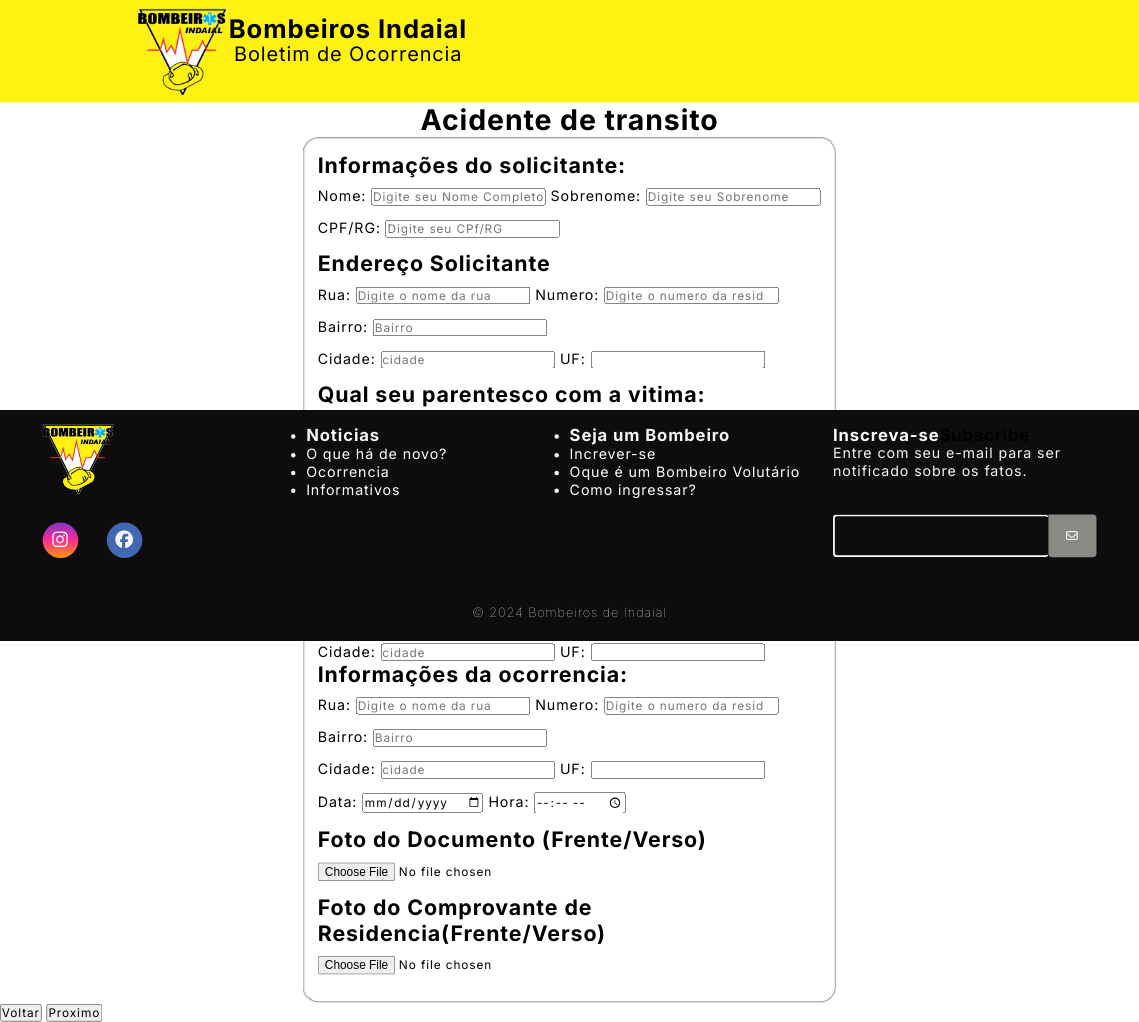
Repository: ThaylonKnopf/ProjetoBV
Page: AcidenteTransito/transitoparente/Form.html
The author's editor kept a copy of each file at every save. The page is drawn from the files as they stood at one save, then again after a run of saves.
The browser window is 1280 px wide. The pictures show the whole page, at 89% of full size.

Above is the page before, as saved 2024-04-08 11:40:55.

### AcidenteTransito/transitoparente/Form.html
<!DOCTYPE html>
<html lang="pt-BR">

    <head>
        <meta charset="UTF-8">
        <meta name="viewport" content="width=device-width, initial-scale=1.0">
        <title>Requisição de B.O.</title>
        <link rel="stylesheet" href="estilo-fato.css">
        <link rel="shortcut icon"
            href="https://storage.googleapis.com/production-hostgator-brasil-v1-0-9/629/1202629/afAiZAhX/4db7fe933b1247ebbdbe06664fbece59">
        <link rel="stylesheet" href="https://cdnjs.cloudflare.com/ajax/libs/font-awesome/6.5.2/css/all.min.css"
            integrity="sha512-SnH5WK+bZxgPHs44uWIX+LLJAJ9/2PkPKZ5QiAj6Ta86w+fsb2TkcmfRyVX3pBnMFcV7oQPJkl9QevSCWr3W6A=="
            crossorigin="anonymous" referrerpolicy="no-referrer" />

    </head>

    <body>
        <header>
            <link rel="stylesheet" href="/header/footer/header.css">
            <main>
                <source media="(min-width:320px)" srcset="" sizes="300px">
                <div class="titulo">
                    <h1>Bombeiros&nbsp;Indaial</h1>
                </div>
                <div class="img">
                    <a href="https://bombeirosindaial.com.br/" target="_blank"><img src="../img/m.png"
                            alt="logo-bombeiro"></a>
                </div>
                <div class="p">
                    <p>Boletim&nbsp;de&nbsp;Ocorrencia</p>
                </div>
                </nav>
            </main>
        </header>
        <main class="menuh1">
            <h1>Acidente de transito</h1>
        </main>
        <form>
            <fieldset>
                <h2>Informações do solicitante:</h2>
                <div class="campo" required>
                    <label for="nome">Nome:</label>
                    <input type="text" name="nome" id="nome" placeholder="Digite seu Nome Completo" required>
                    <label for="sobrenome">Sobrenome:</label>
                    <input type="text" name="sobrenome" id="sobrenome" placeholder="Digite seu Sobrenome" required>
                </div>
                <div id="cpf">
                    <label for="cfp">CPF/RG:</label>
                    <input type="text" name="cfp" id="cpf" placeholder="Digite seu CPf/RG" required>
                </div>
                <h2>Endereço Solicitante</h2>
                <div id="rua">
                    <label for="rua">Rua:</label>
                    <input type="text" name="rua" id="rua" placeholder="Digite o nome da rua" required>
                    <label for="rua">Numero:</label>
                    <input type="number" name="numero" id="numero" placeholder="Digite o numero da residencia."
                        required>
                </div>
                <div id="bairro">
                    <label for="bairro">Bairro:</label>
                    <input type="text" name="bairro" id="bairro" placeholder="Bairro" required>
                </div>
                <div>
                    <label for="cidade">Cidade:</label>
                    <input type="text" name="cidade" id="cidade" placeholder="cidade" required>
                    <label for="estado">UF:</label>
                    <input type="text" name="estado" id="estado" required>
                </div>
                <h2>Qual seu parentesco com a vitima:</h2>
                <select name="parentesco" id="parente">
                    <option selected disabled value="">Selecione</option>
                    <option>Pai/Mae</option>
                    <option>Irmão/Irmã</option>
                    <option>Conjuge</option>
                    <option>Filho/Filha</option>
                    <option>Avô/Avó</option>
                    <option>Responsável Legal</option>
                </select>
                <h2>Informações da vitima:</h2>
                <div class="campov">
                    <label for="nomev">Nome:</label>
                    <input type="text" name="nome" id="nomev" placeholder="Digite seu Nome" required>
                    <label for="sobrenome">Sobrenome:</label>
                    <input type="text" name="sobrenome" id="sobrenomev" placeholder="Digite seu Sobrenome" required>
                </div>
                <div id="cpfv">
                    <label for="cfp">CPF/RG:</label>
                    <input type="text" name="cfp" id="cpfv" placeholder="Digite seu CPf/RG" required>
                </div>
                <h2>Endereço Vitima</h2>
                <div id="ruav">
                    <label for="rua">Rua:</label>
                    <input type="text" name="rua" id="ruavi" placeholder="Digite o nome da rua" required>
                    <label for="numero">Numero:</label>
                    <input type="number" name="numero" id="numerov" placeholder="Digite o numero da residencia."
                        required>
                </div>
                <div id="bairrov">
                    <label for="bairro">Bairro:</label>
                    <input type="text" name="bairro" id="bairrov" placeholder="Bairro" required>
                </div>
                <div>
                    <label for="cidade">Cidade:</label>
                    <input type="text" name="cidade" id="cidadev" placeholder="cidade" required>
                    <label for="estado">UF:</label>
                    <input type="text" name="estado" id="estadov" required>
                <h2>Informações da ocorrencia:</h2>
                <div id="ruao">
                    <label for="rua">Rua:</label>
                    <input type="text" name="rua" id="ruaoc" placeholder="Digite o nome da rua" required>
                    <label for="numero">Numero:</label>
                    <input type="number" name="numero" id="numeroc" placeholder="Digite o numero da residencia."
                        required>
                </div>
                <div id="bairroc">
                    <label for="bairro">Bairro:</label>
                    <input type="text" name="bairro" id="bairroc" placeholder="Bairro" required>
                </div>
                <div>
                    <label for="cidade">Cidade:</label>
                    <input type="text" name="cidade" id="cidadec" placeholder="cidade" required>
                    <label for="estado">UF:</label>
                    <input type="text" name="estado" id="estadoc" required>
                </div>
                <div id="data">
                    <label for="data">Data:</label>
                    <input type="date" name="dataoc" id="dataoc">
                    <label for="hora">Hora:</label>
                    <input type="time" name="horaoc" id="horaoc">
                </div>
                <div class="doc">
                    <h2>Foto do Documento (Frente/Verso)</h2>
                    <input type="file" name="doc" id="doc">
                </div>
                <div class="res">
                    <h2>Foto do Comprovante de Residencia(Frente/Verso)</h2>
                    <input type="file" name="doc">
                </div>
            </fieldset>
    </form>
        <main class="main-botao">
            <div class="continuar" required>
                <a href="../transitoselecionar/transito1.html"><button class="voltar">Voltar</button></a>
                <a href="/AcidenteTransito/transitoparente/Concluido.html"><button class="prox" required>Proximo</button></a>
            </div>
        </main>
        <footer id="footer">
            <link rel="stylesheet" href="/header/footer/footer.css">
            <div id="footer_content">
                <div id="footer_contacts">
                    <a href="https://bombeirosindaial.com.br/" target="_blank">
                        <h1>
                            <img src="../img/m.png" width="80px" alt="">
                        </h1>
                    </a>
                    <div id="footer_social_media">
                        <a href="#" class="footer-link" id="instagram">
                            <i class="fa-brands fa-instagram"></i>
                        </a>
                        <a href="#" class="footer-link" id="facebook">
                            <i class="fa-brands fa-facebook"></i>
                        </a>
                    </div>
                </div>
                <ul class="footer-list">
                    <li>
                        <h3>Noticias</h3>
                    </li>
                    <li>
                        <a href="#" class="footer-link">O que há de novo?</a>
                    </li>
                    <li>
                        <a href="#" class="footer-link">Ocorrencia</a>
                    </li>
                    <li>
                        <a href="#" class="footer-link">Informativos</a>
                    </li>
                </ul>
                <ul class="footer-lists">
                    <li>
                        <h3 id="pro">Seja um Bombeiro</h3>
                    </li>
                    <li>
                        <a href="#" class="footer-links">Increver-se</a>
                    </li>
                    <li>
                        <a href="#" class="footer-links">Oque é um Bombeiro Volutário</a>
                    </li>
                    <li>
                        <a href="#" class="footer-links">Como ingressar?</a>
                    </li>
                </ul>
                <div id="footer_subscribe">
                    <h3>Subscribe</h3>
                    <p>
                        Entre com seu e-mail para ser notificado sobre os fatos.
                    </p>
                    <div id="input_group">
                        <input type="email" id="email">
                        <button>
                            <i class="fa-regular fa-envelope"></i>
                        </button>
                    </div>
                </div>
            </div>
            <div id="footer_copyright">
                &#169
                2024 Bombeiros de Indaial
            </div>
        </footer>
        <script src="script.js"></script>
    </body>

</html>

### AcidenteTransito/transitoparente/estilo-fato.css
@charset "UTF-8";

@import url('https://fonts.googleapis.com/css2?family=Bebas+Neue&family=Inter:wght@100..900&display=swap');

:root {
    --color-neutral-0: #0e0c0c;
    --color-neutral-10: #171717;
    --color-neutral-30: #a8a29e;
    --color-neutral-40: #f5f5f5;

}

* {
    margin: 0PX;
    padding: 0PX;
    font-family: 'Inter', sans-serif;
    box-sizing: border-box;
    letter-spacing: 1px;
}

P {
    margin: 15px 0px 15px 0px;
}
.menuh1{
    margin:auto;
    margin-bottom: ;
    max-width: 470px;
    text-align: center;
}

form{
    max-width: 600px;
    margin: auto;
}
fieldset{
    border-radius: 18px;
    padding: 15px;
}
fieldset div{
    margin-bottom: 15px;
}
h2{
    margin-bottom: 10px;
}
select{
    margin-bottom: 10px;
}

@media (max-width: 970px) {
    .menu section {
        width: 80%;
    }
    .menuh1{
        width: 80%;
    }
    form fieldset{
        width: 470px;
        margin: 10px;
    }
    fieldset div{
        display: grid;
    }
    fieldset div input{
        margin-left: 25px;
        margin-right: 20px;
    }

    .res{
        margin-right: 20px;
        margin-bottom: 20px;
    }
    .menuh1 form h2{
        margin-left: 10px;
    }
}
@media screen and (max-width: 376px) {
    .tit{
        margin-top: -100px;
    }
    .menu .container{
        width: 80%;
        margin-top: 150px;
    }
    .menu {
        width: 300px;
    }
}

### header/footer/header.css
@charset "UTF-8";

@import url('https://fonts.googleapis.com/css2?family=Bebas+Neue&family=Inter:wght@100..900&display=swap');

:root {
    --color-neutral-0: #0e0c0c;
    --color-neutral-10: #171717;
    --color-neutral-30: #a8a29e;
    --color-neutral-40: #f5f5f5;

}

* {
    margin: 0PX;
    padding: 0PX;
    font-family: 'Inter', sans-serif;
    box-sizing: border-box;
    letter-spacing: 1px;
}

main {
    height: auto;
}
main .titu{
    text-align: center;
}

P {
    margin: 15px 0px 15px 0px;
}

header {
    background-color: #FFF212;
    height: 115px;
    padding-top: 10px;
    padding-bottom: 0px;
}

header main {
    background-color: #FFF212;
    width: 900px;
    margin: auto;
    padding-top: 0px;
    padding-bottom: 0px;
    height: 90px;

}

header main h1 {
    margin-left: 67px;
    font-size: 1.8em;
    padding-top: 5px;
    margin-top: 0px;
}

header main img {
    width: 100px;
    margin-top: -40px;
    margin-left: -35px;
}

header main p {
    margin-left: 73px;
    margin-top: -64px;
    font-size: 1.4em;
}
@media screen and (max-width: 976px) {
    header main{
        margin: auto;
        width: 80%;
    }
}

@media screen and (max-width: 499px) {
    header{
        height: 110px;
    }
    header main{
        margin: auto;
        font-size: 12px;
        align-items: center;
    }
    header main img{
        width: 80px;
        margin-top: -25px;
        margin-left: -15px;
    }
    header main h1{
        margin-bottom: 5px;
        margin-left: 70px;
    }
    header main p {
        margin-top: -55px;
    }
}

### header/footer/footer.css
@charset "UTF-8";

@import url('https://fonts.googleapis.com/css2?family=Bebas+Neue&family=Inter:wght@100..900&display=swap');

:root {
    --color-neutral-0: #0e0c0c;
    --color-neutral-10: #171717;
    --color-neutral-30: #a8a29e;
    --color-neutral-40: #f5f5f5;

}

* {
    margin: 0PX;
    padding: 0PX;
    font-family: 'Inter', sans-serif;
    box-sizing: border-box;
    letter-spacing: 1px;
}

footer {
    position: fixed;
    bottom: 0;
    left: 0%;
    color: var(--color-neutral-40);
}

.footer-link {
    text-decoration: none;
    color: white;
}

.footer-links {
    text-decoration: none;
    color: white;
}

#footer_content {
    background-color: var(--color-neutral-0);
    display: grid;
    grid-template-columns: repeat(4, 1fr);
    padding: 1rem 3rem;
    max-height: 205px;

}

#footer_contacts {
    margin-bottom: 0.75rem;
}

#footer_social_media {
    display: flex;
    gap: 2rem;
    margin-top: 1.5rem;
}

#footer_social_media .footer-link {
    display: flex;
    align-items: center;
    justify-content: center;
    height: 2.5rem;
    width: 2.5rem;
    color: var(--color-neutral-40);
    border-radius: 50%;
    transition: 0.4s;
}

#footer_social_media .footer-link i {
    font-size: 1.25rem;
}

#footer_social_media .footer-link:hover {
    opacity: 0.8;
}

#instagram {
    background: linear-gradient(#7f37c9, #ff2992, #ff9807);
    text-decoration: none;
}

#facebook {
    background-color: #4267b3;
    text-decoration: none;
}

.footer_list {
    display: flex;
    flex-direction: column;
    gap: 0.75rem;
    list-style: none;

}

.footer-link:hover{
    text-decoration: underline;
}
.footer-links:hover{
    text-decoration: underline;
}

#footer_subscribe {
    display: flex;
    flex-direction: column;
    gap: 1.5rem;
}

#footer_subscribe h3::before{
    content: "Inscreva-se";
    color:white;
}
#footer_subscribe h3{
    color:black;
    margin-bottom: -40px;
}
#footer_subscribe p {
    color: var(--color-neutral-40);
}

#input_group {
    display: flex;
    align-items: center;
    background-color: 4px;
    border-radius: 4px;
}

#input_group input {
    all: unset;
    padding: 0.75rem;
    width: 100%;
    border-top: 2px solid white;
    border-bottom: 2px solid white;
    border-left: 2px solid white;
    border-radius: 4px;
}

#input_group button {
    background-color: #8a8984;
    border: none;
    color: var(--color-neutral-40);
    padding: 0px 1.25rem;
    height: 100%;
    border-radius: 0px 4px 4px 4px;
    cursor: pointer;
    transition: all 0.4s;
}

#input_group button:hover {
    opacity: 0.8;
}

#footer_copyright {
    display: flex;
    justify-content: center;
    background-color: var(--color-neutral-0);
    font-size: 0.9rem;
    padding: 1.5rem;
    font-weight: 100;
}

@media screen and (max-width:768px) {
    #footer_content {
        grid-template-columns: repeat(2, 1fr);
        gap: 2rem;
    }

    #input_group input {
        border-top: 2px solid rgb(0, 0, 0);
        border-bottom: 2px solid rgb(0, 0, 0);
        border-left: 2px solid rgb(0, 0, 0);
        border-radius: 4px;

    }

    #footer {
        position: relative;
    }

    #footer_subscribe{
        margin-top: 65px;
    }

    #footer_subscribe h3::before {
        color: rgb(0, 0, 0);
        content: "Inscreva-se";
    }
    #footer_subscribe h3{
        color:white;

    }

    #footer_subscribe p {
        color: rgb(0, 0, 0);
        margin-top: 15px;
    }

    .footer-lists{
        margin-top: 65px;
    }

    .footer-links {
        color: black;
        text-decoration: none;
    }

    #pro {
        color: black;
    }
    .footer-links:hover {
        color: black;
        text-decoration: underline;
    }
    .footer-link:hover {
        text-decoration: underline;
    }


}

@media screen and (max-width:426px) {
    #footer_content {
        grid-template-columns: repeat(1, 1fr);
        padding: 3rem 2;
    }

    #input_group input {
        border-top: 2px solid rgb(0, 0, 0);
        border-bottom: 2px solid rgb(0, 0, 0);
        border-left: 2px solid rgb(0, 0, 0);
        border-radius: 4px;
    }

    #footer {
        position: relative;
    }

    #footer_subscribe .p {
        color: black;
    }
    #footer_copyright {
        position: absolute;
        height: 100px;
        bottom:0;
        left: 0;
        width: 100%;
    }

    .footer-list {
        color:black;
        margin-top: 20px;
    }
    .footer-link {
        color: black;
    }
    .footer-lists {
        color:black;
        margin-top: 2px;
    }

    .footer-links {
        color: black;
    }

    #pro {
        color: black;
    }
    .footer-links:hover {
        color: black;
        text-decoration: underline;
    }
    #input_group button {
        background-color: #8a8984;
        border: none;
        color: var(--color-neutral-40);
        padding: 0px 1.25rem;
        height: 80%;
        border-radius: 4px 4px 4px 4px;
        cursor: pointer;
        transition: all 0.4s;
        margin-bottom: 10px;
        margin-left: 1px;
    }
    #input_group input {
        border-top: 2px solid rgb(0, 0, 0);
        border-bottom: 1px solid rgb(0, 0, 0);
        border-left: 2px solid rgb(0, 0, 0);
        border-radius: 4px;
        margin-bottom: 15px;
    }
    #footer_contacts{
        margin: 0px auto;
    }
    #footer_contacts h1{
        margin-left: 13px;
    }
}

@media screen and (max-width: 413px) {
    #footer_content{
        margin-bottom: 140px;
    }
}

Loaded but not shown: AcidenteTransito/transitoparente/script.js (no copy from this time; the picture is the same without it)

After the next 4 saves:
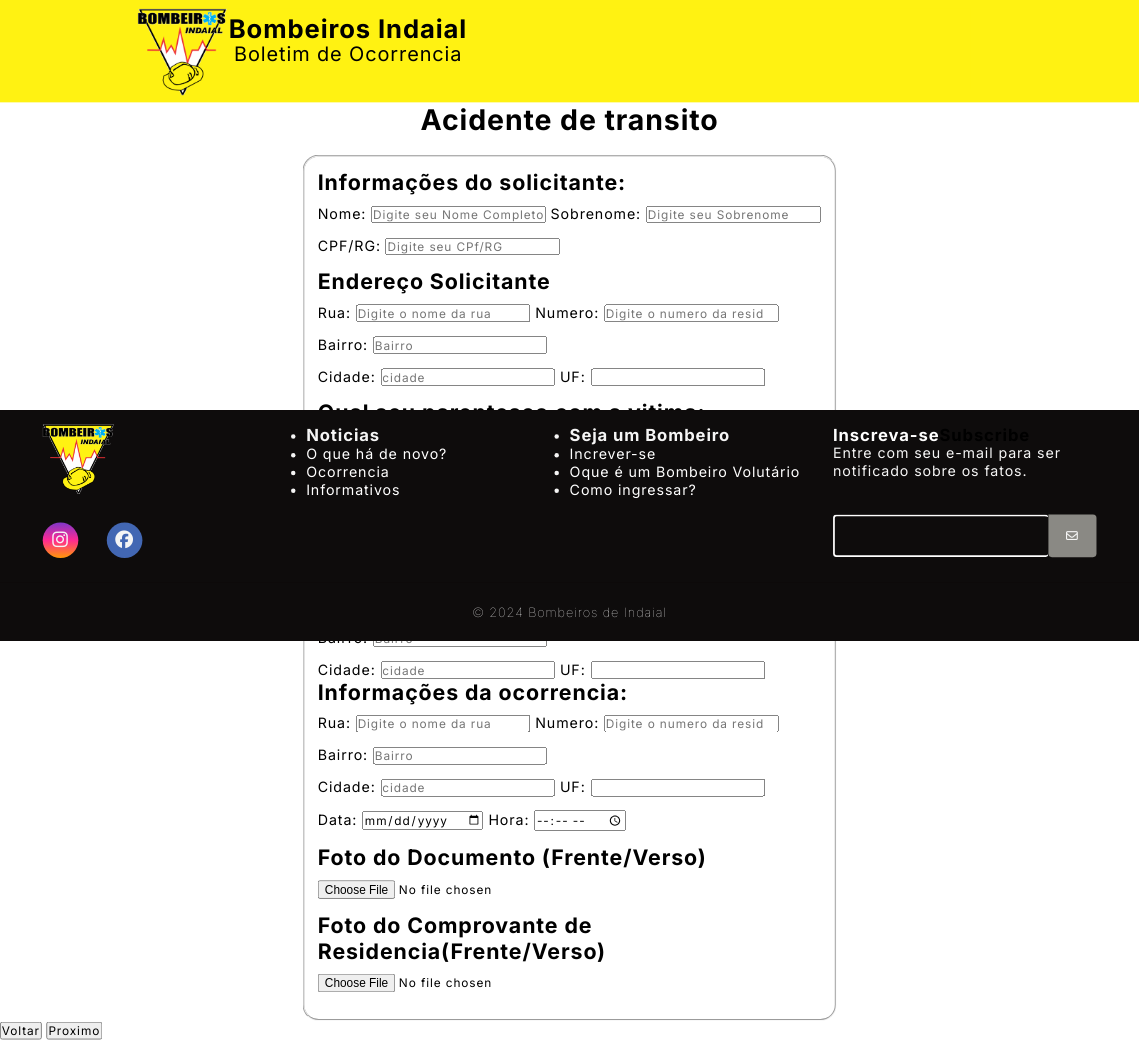
The 4 saves are shown as one change because they came seconds apart.
The last was saved 18 s later.
--- a/AcidenteTransito/transitoparente/estilo-fato.css
+++ b/AcidenteTransito/transitoparente/estilo-fato.css
@@ -22,8 +22,7 @@
     margin: 15px 0px 15px 0px;
 }
 .menuh1{
-    margin:auto;
-    margin-bottom: ;
+    margin: 0px auto 20px auto;
     max-width: 470px;
     text-align: center;
 }
